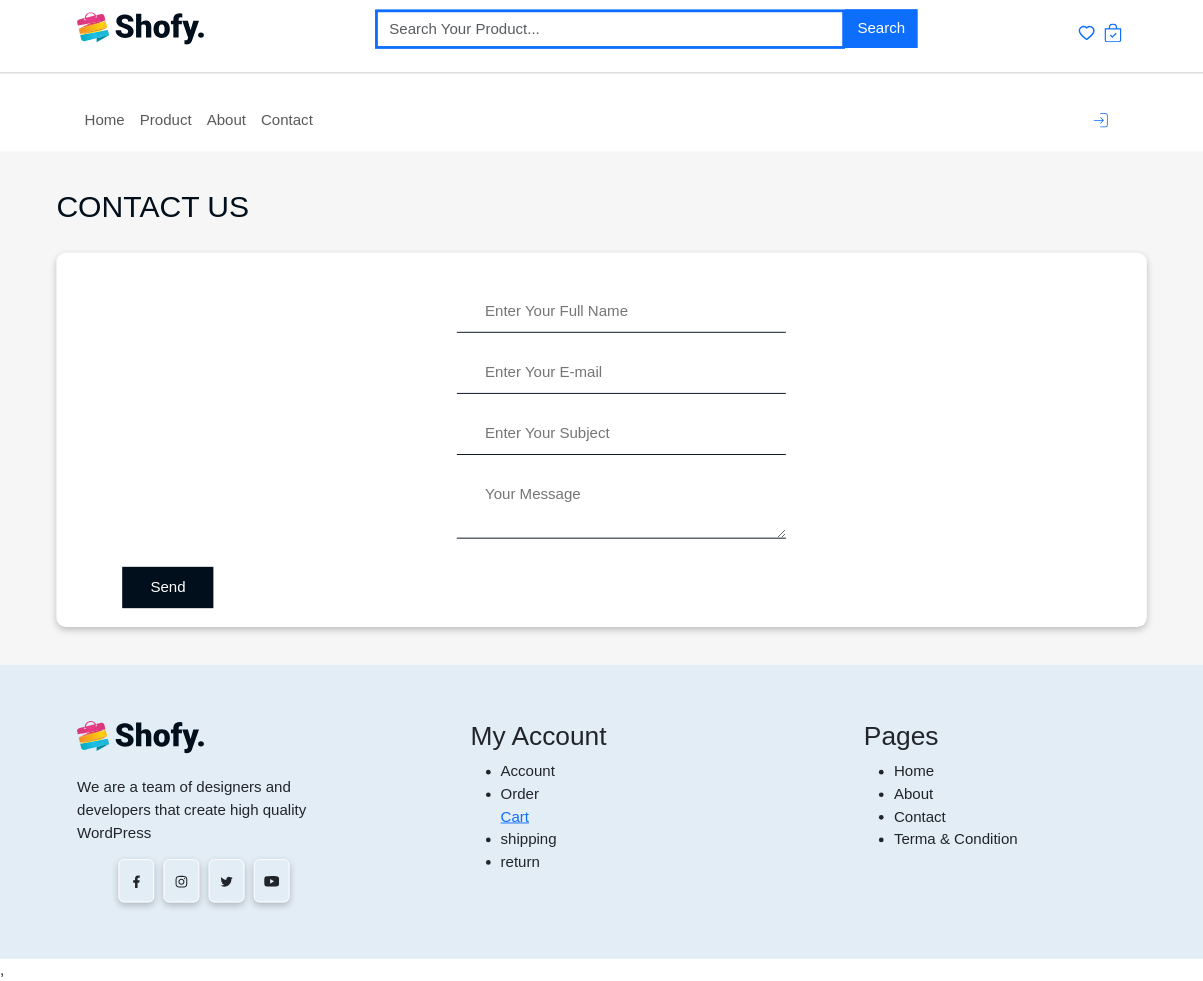
Repository: YomnaWegdan/E-commerce
Page: /contact
The author's editor kept a copy of each file at every save. The page is drawn from the files as they stood at one save, then again after the next save.
The browser window is 1280 px wide. The pictures show the whole page, at 94% of full size.
The project was rebuilt for these pictures with package versions that can differ from the ones it lists, and the page was loaded fresh each time. Also part of the build but not shown: src/App.css, src/Pages/Home.css, src/Components/HomeProduct.js, src/Pages/Home.js, src/Pages/Product.js, src/Components/Cart/Cart.css, src/Components/Cart/Cart.js.

Above is the page before, as saved 2023-08-09 00:57:55.

After the next save:
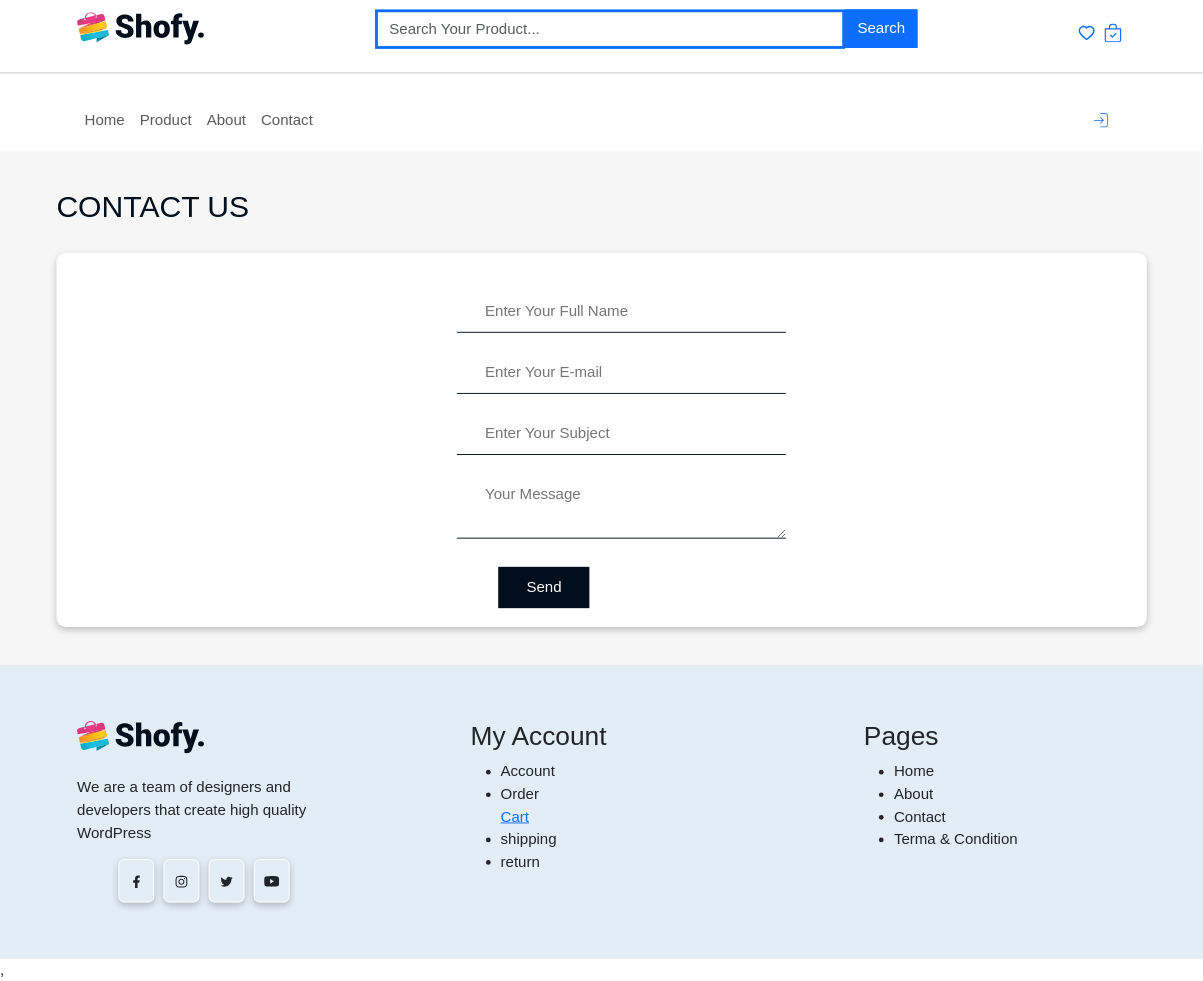
Saved 5 s later.
--- a/src/Pages/Contact.css
+++ b/src/Pages/Contact.css
@@ -45,6 +45,6 @@
     background: #010f1c;
     color: #fff;
     margin-top: 30px;
-    margin-left: 40px;
+    margin-left: 40%;
 
 }
